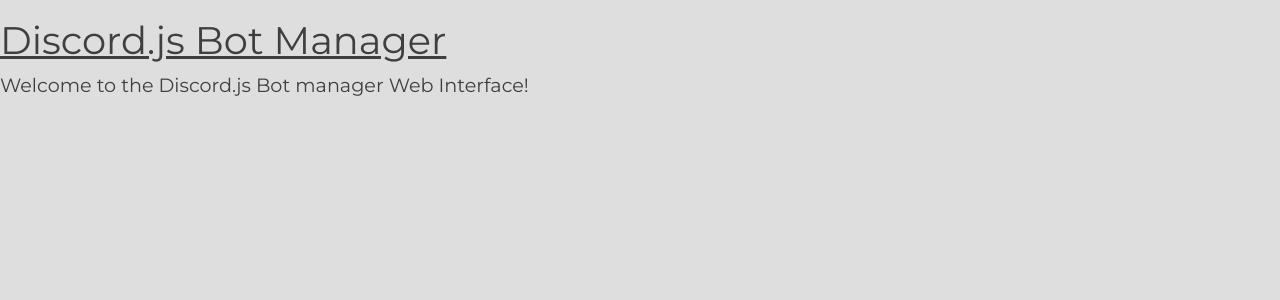
Repository: O-Schell/Discord-Bot-Manager
Page: Web_Interface/main.HTML
An editor plug-in stored every save of this project. The page is shown before and after the next save, followed by the edit.
The browser window is 1280 px wide. The pictures show the whole page.
The style sheet was rebuilt from its Sass, Less or Tailwind sources for each picture, by a compiler version that may differ from the author's.

Above is the page before, as saved 2020-11-24 19:49:55.
Not found: Web_Interface/script.js

### Web_Interface/main.HTML
<!DOCTYPE html>
<html lang="fr">
  <head>
    <meta charset="utf-8" />
    <title>Bot Manager</title>
    <link rel="stylesheet" href="style.css" />
    <script src="script.js"></script>
  </head>

  <body>
    <h1><u>Discord.js Bot Manager</u></h1>

    <p1>Welcome to the Discord.js Bot manager Web Interface!</p1>
  </body>
</html>

### Web_Interface/style.scss
@import url("https://fonts.googleapis.com/css?family=Montserrat:400,700&display=swap");
@import url('https://unpkg.com/bootstrap@3.3.7/dist/css/bootstrap.min.css');

body {
  background-color: #dedede;
}
h1 {
  font-size: 3vw;
  width: max-content;
  font-family: "Montserrat";
  color: #3f3f3f;
}

p1{
  font-size: 1.5vw;
  width: max-content;
  font-family: "Montserrat";
  color: #3f3f3f;

}

After the next save:
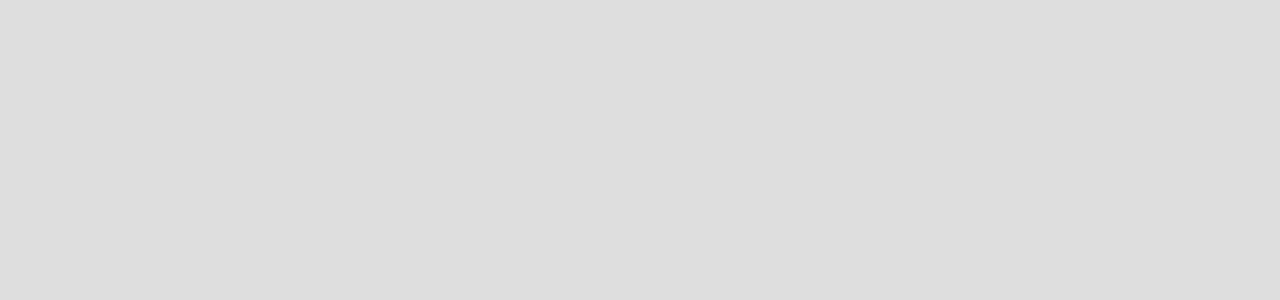
Saved 105 s later.
--- a/Web_Interface/main.HTML
+++ b/Web_Interface/main.HTML
@@ -8,8 +8,9 @@
   </head>
 
   <body>
-    <h1><u>Discord.js Bot Manager</u></h1>
-
-    <p1>Welcome to the Discord.js Bot manager Web Interface!</p1>
+    <title>
+      <h1><u>Discord.js Bot Manager</u></h1> <p1>Welcome to the Discord.js Bot
+      manager Web Interface!</p1>
+    </title>
   </body>
 </html>

After the 6 saves that followed:
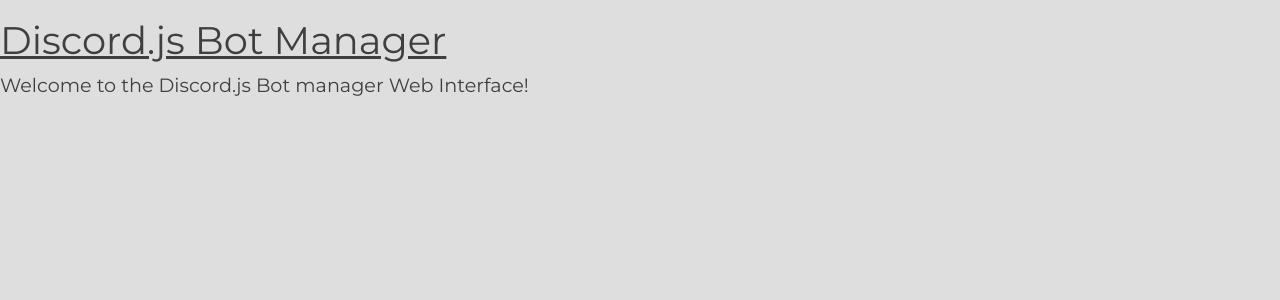
The 6 saves are shown as one change because 4 left the picture as it was and some came seconds apart.
The last was saved 113 s later.
--- a/Web_Interface/main.HTML
+++ b/Web_Interface/main.HTML
@@ -8,9 +8,9 @@
   </head>
 
   <body>
-    <title>
+    <div>
       <h1><u>Discord.js Bot Manager</u></h1> <p1>Welcome to the Discord.js Bot
       manager Web Interface!</p1>
-    </title>
+      </div>
   </body>
 </html>
--- a/Web_Interface/style.scss
+++ b/Web_Interface/style.scss
@@ -18,3 +18,8 @@
   color: #3f3f3f;
 
 }
+
+title{
+  position: absolute;
+  left: 50%;
+}
